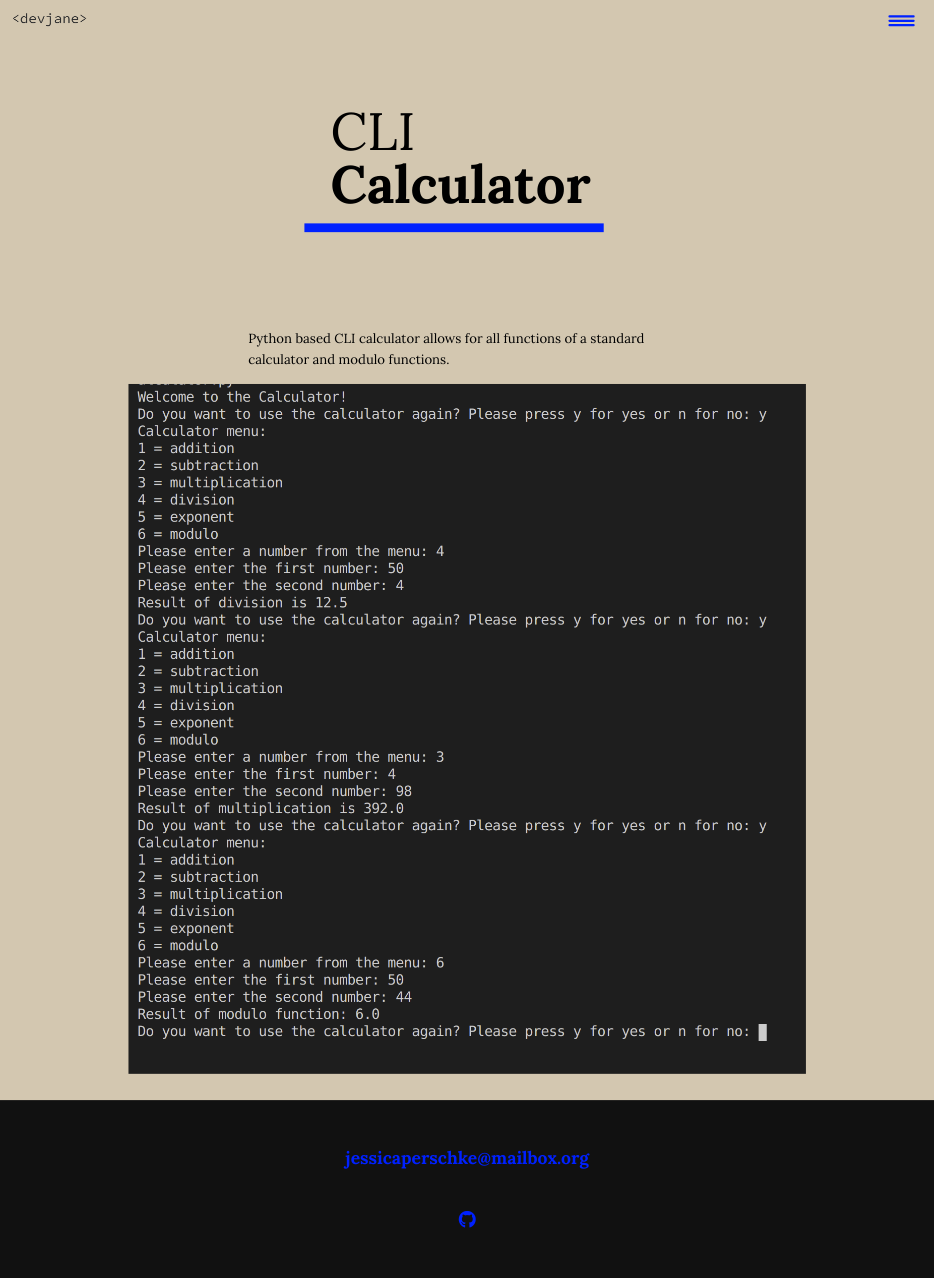
Repository: DinoDime/site
Page: portfolio-item3.html
The author's editor kept a copy of each file at every save. The page is drawn from the files as they stood at one save, then again after the next save.
The browser window is 1280 px wide. The pictures show the whole page, at 73% of full size.
Some web libraries are served in a nearby version.

Above is the page before, as saved 2021-05-03 10:58:02.

### portfolio-item3.html
<!DOCTYPE html>
<html lang="en">
  <head>
    <link
      rel="stylesheet"
      href="https://cdnjs.cloudflare.com/ajax/libs/normalize/8.0.1/normalize.css"
    />
    <meta charset="UTF-8" />
    <meta name="viewport" content="width=device-width, initial-scale=1.0" />
    <title>Jess' Portfolio</title>
    <link
      rel="stylesheet"
      href="https://cdnjs.cloudflare.com/ajax/libs/normalize/7.0.0/normalize.min.css"
    />
    <link
      rel="stylesheet"
      href="https://cdnjs.cloudflare.com/ajax/libs/font-awesome/5.11.2/css/all.css"
      integrity="sha256-46qynGAkLSFpVbEBog43gvNhfrOj+BmwXdxFgVK/Kvc="
      crossorigin="anonymous"
    />

    <!-- Update these with your own fonts -->
    <link
      href="https://fonts.googleapis.com/css?family=Lora:400,700|Roboto+Slab:400,700&display=swap"
      rel="stylesheet"
    />

    <link rel="stylesheet" href="css/style.css" />
  </head>
  <body>
    <header>
      <div class="logo">
        <img src="img/devjane.png" alt="" />
      </div>
      <!--Hamburger button-->
      <button class="nav-toggle" aria-label="toggle navigation">
        <span class="hamburger"></span>
      </button>
      <nav class="nav">
        <ul class="nav__list">
          <li class="nav__item">
            <a href="index.html" class="nav__link">Home</a>
          </li>
          <li class="nav__item">
            <a href="index.html#Skills" class="nav__link">Skills</a>
          </li>
          <li class="nav__item">
            <a href="index.html#about" class="nav__link">About me</a>
          </li>
          <li class="nav__item">
            <a href="index.html#work" class="nav__link">My Work</a>
          </li>
        </ul>
      </nav>
    </header>

    <section class="intro">
      <h1 class="section__title section__title--intro">
        CLI <strong>Calculator</strong>
      </h1>
      <p class="section__subtitle section__subtitle--intro"></p>
    </section>

    <div class="portfolio-item-individual">
      <p>
        Python based CLI calculator allows for all functions of a standard
        calculator and modulo functions.
      </p>
      <img src="img/calc.png" alt="" />
    </div>

    <!-- Footer -->
    <footer class="footer">
      <!-- replace with your own email address -->
      <a href="mailto:jessicaperschke@mailbox.org" class="footer__link"
        >jessicaperschke@mailbox.org</a
      >
      <ul class="social-list">
        <li class="social-list__item">
          <a class="social-list__link" href="https://github.com/jl-perschke">
            <i class="fab fa-github"></i>
          </a>
        </li>
      </ul>
    </footer>

    <script src="js/index.js"></script>
  </body>
</html>

### css/style.css
*,
*::before,
*::after {
  box-sizing: border-box;
}

/* Custom Properties, update these for your own design */

:root {
  --ff-primary: "Lora", serif;
  --ff-secondary: "Roboto Slab", serif;

  --fw-reg: 400;
  --fw-bold: 700;

  --clr-light: rgb(211, 199, 176);
  --clr-dark: black;
  --clr-accent: #0021ff;

  --fs-h1: 3rem;
  --fs-h2: 2.25rem;
  --fs-h3: 1.25rem;
  --fs-body: 1rem;

  --bs: 0.25em 0.25em 0.75em rgba(0, 0, 0, 0.25),
    0.125em 0.125em 0.25em rgba(0, 0, 0, 0.15);
}

@media (min-width: 800px) {
  :root {
    --fs-h1: 4.5rem;
    --fs-h2: 3.75rem;
    --fs-h3: 1.5rem;
    --fs-body: 1.125rem;
  }
}

/* General styles */

/* endable this to add smooth scrolling */
/* html {
    scroll-behavior: smooth;
} */

body {
  background: var(--clr-light);
  color: var(--clr-dark);
  margin: 0;
  font-family: var(--ff-primary);
  font-size: var(--fs-body);
  line-height: 1.6;
}

section {
  padding: 5em 2em;
}

img {
  display: block;
  max-width: 100%;
}

strong {
  font-weight: var(--fw-bold);
}

:focus {
  outline: 3px solid var(--clr-accent);
  outline-offset: 3px;
}

/* Buttons */

.btn {
  display: inline-block;
  padding: 0.5em 2.5em;
  background: var(--clr-accent);
  color: var(--clr-dark);
  text-decoration: none;
  cursor: pointer;
  font-size: 0.8rem;
  text-transform: uppercase;
  letter-spacing: 2px;
  font-weight: var(--fw-bold);
  transition: transform 200ms ease-in-out;
}

.btn:hover {
  transform: scale(1.1);
}

/* Typography */

h1,
h2,
h3 {
  line-height: 1;
  margin: 0;
}

h1 {
  font-size: var(--fs-h1);
}
h2 {
  font-size: var(--fs-h2);
}
h3 {
  font-size: var(--fs-h3);
}

.section__title {
  margin-bottom: 0.25em;
}

.section__title--intro {
  font-weight: var(--fw-reg);
}

.section__title--intro strong {
  display: block;
}

.section__subtitle {
  margin: 0;
  font-size: var(--fs-h3);
}

.section__subtitle--intro,
.section__subtitle--about {
  background: var(--clr-accent);
  padding: 0.25em 1em;
  font-family: var(--ff-secondary);
  margin-bottom: 1em;
}

.section__subtitle--work {
  color: var(--clr-accent);
  font-weight: var(--fw-bold);
  margin-bottom: 2em;
}

/* header */

header {
  display: flex;
  justify-content: space-between;
  padding: 1em;
}

.logo {
  max-width: 100px;
}

.nav {
  position: fixed;
  background: var(--clr-dark);
  color: var(--clr-light);
  top: 0;
  bottom: 0;
  left: 0;
  right: 0;
  z-index: 100;

  transform: translateX(100%);
  transition: transform 250ms cubic-bezier(0.5, 0, 0.5, 1);
}

.nav__list {
  list-style: none;
  display: flex;
  height: 100%;
  flex-direction: column;
  justify-content: space-evenly;
  align-items: center;
  margin: 0;
  padding: 0;
}

.nav__link {
  color: inherit;
  font-weight: var(--fw-bold);
  font-size: var(--fs-h2);
  text-decoration: none;
}

.nav__link:hover {
  color: var(--clr-accent);
}

.nav-toggle {
  padding: 0.5em;
  background: transparent;
  border: 0;
  cursor: pointer;
  position: absolute;
  right: 1em;
  top: 1em;
  z-index: 1000;
}

.nav-open .nav {
  transform: translateX(0);
}

.nav-open .nav-toggle {
  position: fixed;
}

.nav-open .hamburger {
  transform: rotate(0.625turn);
}

.nav-open .hamburger::before {
  transform: rotate(90deg) translateX(-6px);
}

.nav-open .hamburger::after {
  opacity: 0;
}

.hamburger {
  display: block;
  position: relative;
}

.hamburger,
.hamburger::before,
.hamburger::after {
  background: var(--clr-accent);
  width: 2em;
  height: 3px;
  border-radius: 1em;
  transition: transform 250ms ease-in-out;
}

.hamburger::before,
.hamburger::after {
  content: "";
  position: absolute;
  left: 0;
  right: 0;
}

.hamburger::before {
  top: 6px;
}
.hamburger::after {
  bottom: 6px;
}

/*  Intro section  */

.intro {
  position: relative;
}

.intro__img {
  box-shadow: var(--bs);
}

.section__subtitle--intro {
  display: inline-block;
}

@media (min-width: 600px) {
  .intro {
    display: grid;
    width: min-content;
    margin: 0 auto;
    grid-column-gap: 1em;
    grid-template-areas:
      "img title"
      "img subtitle";
    grid-template-columns: min-content max-content;
  }

  .intro__img {
    grid-area: img;
    min-width: 250px;
    position: relative;
    z-index: 2;
  }

  .section__subtitle--intro {
    align-self: start;
    grid-column: -1 / 1;
    grid-row: 2;
    text-align: right;
    position: relative;
    left: -1.5em;
    width: calc(100% + 1.5em);
  }
}

/*  My services section  */

.my-services {
  background-color: var(--clr-dark);
  background-image: url(../img/services-bg.jpg);
  background-size: cover;
  /* background-blend-mode: multiply; */
  color: var(--clr-light);
  text-align: center;
}

.section__title--services {
  color: var(--clr-accent);
  position: relative;
}

.section__title--services::after {
  content: "";
  display: block;
  width: 2em;
  height: 1px;
  margin: 0.5em auto 1em;
  background: var(--clr-light);
  opacity: 0.25;
}

.services {
  margin-bottom: 4em;
}

.service {
  max-width: 500px;
  margin: 0 auto;
}

@media (min-width: 800px) {
  .services {
    display: flex;
    max-width: 1000px;
    margin-left: auto;
    margin-right: auto;
  }

  .service + .service {
    margin-left: 2em;
  }
}

.about-me {
  max-width: 1000px;
  margin: 0 auto;
}

.about-me__img {
  box-shadow: var(--bs);
}

@media (min-width: 600px) {
  .about-me {
    display: grid;
    grid-template-columns: 1fr 200px;
    grid-template-areas:
      "title img"
      "subtitle img"
      "text img";
    grid-column-gap: 2em;
  }

  .section__title--about {
    grid-area: title;
  }

  .section__subtitle--about {
    grid-column: 1 / -1;
    grid-row: 2;
    position: relative;
    left: -1em;
    width: calc(100% + 2em);
    padding-left: 1em;
    padding-right: calc(200px + 4em);
  }

  .about-me__img {
    grid-area: img;
    position: relative;
    z-index: 2;
  }
}

/* My Work */

.my-work {
  background-color: var(--clr-dark);
  color: var(--clr-light);
  text-align: center;
}

.portfolio {
  display: grid;
  grid-template-columns: repeat(auto-fit, minmax(300px, 1fr));
}

.portfolio__item {
  background: var(--clr-accent);
  overflow: hidden;
}

.portfolio__img {
  transition: transform 750ms cubic-bezier(0.5, 0, 0.5, 1), opacity 250ms linear;
}

.portfolio__item:focus {
  position: relative;
  z-index: 2;
}

.portfolio__img:hover,
.portfolio__item:focus .portfolio__img {
  transform: scale(1.2);
  opacity: 0.5;
}

/* footer */

.footer {
  background: #111;
  color: var(--clr-accent);
  text-align: center;
  padding: 2.5em 0;
  font-size: var(--fs-h3);
}

.footer a {
  color: inherit;
  text-decoration: none;
}

.footer__link {
  font-weight: var(--fw-bold);
}

.footer__link:hover,
.social-list__link:hover {
  opacity: 0.7;
}

.footer__link:hover {
  text-decoration: underline;
}

.social-list {
  list-style: none;
  display: flex;
  justify-content: center;
  margin: 2em 0 0;
  padding: 0;
}

.social-list__item {
  margin: 0 0.5em;
}

.social-list__link {
  padding: 0.5em;
}

/* Individual portfolio item styles */

.portfolio-item-individual {
  padding: 0 2em 2em;
  max-width: 1000px;
  margin: 0 auto;
}

.portfolio-item-individual p {
  max-width: 600px;
  margin-left: auto;
  margin-right: auto;
}

Loaded but not shown: js/index.js (common file)

After the next save:
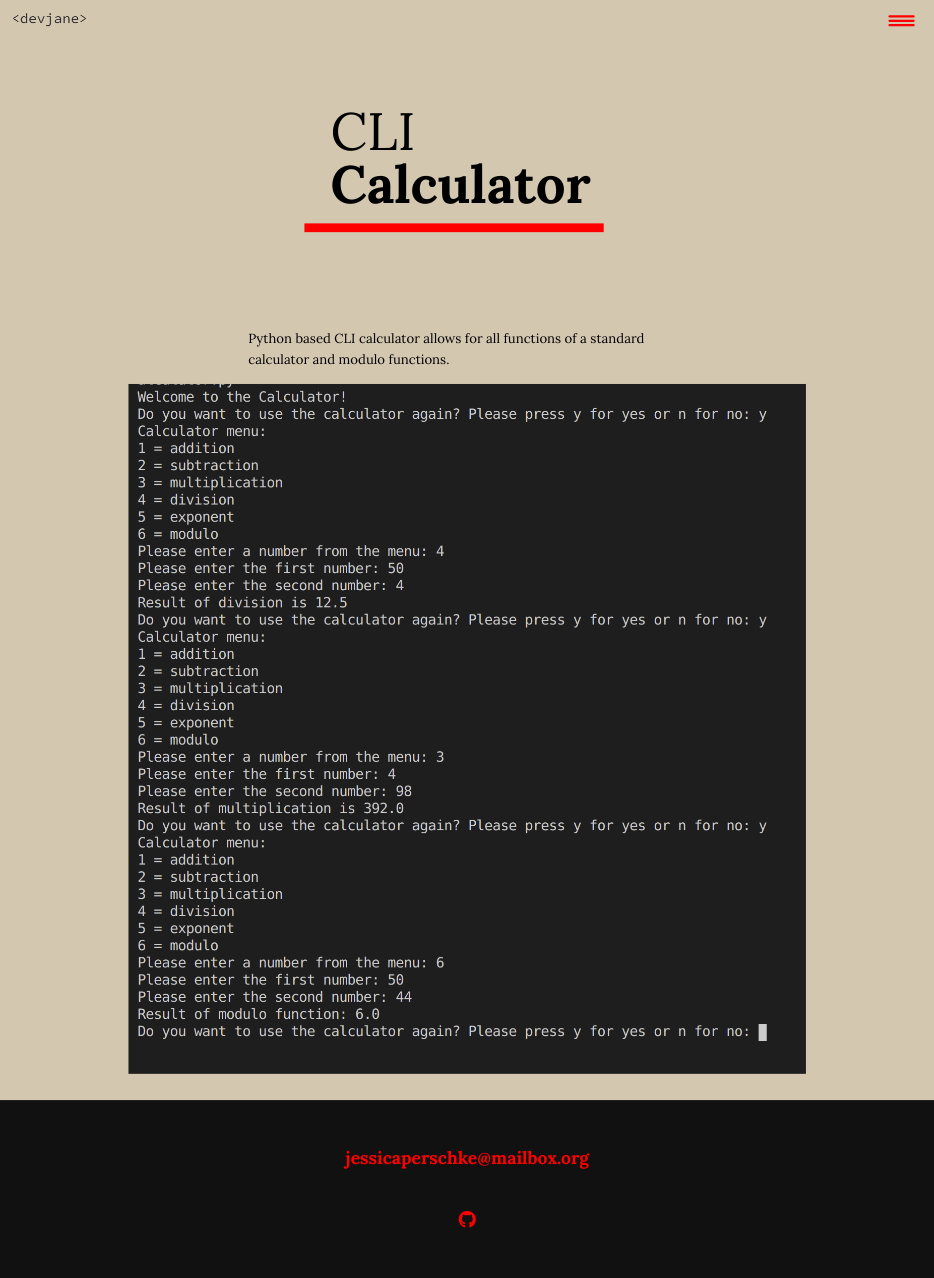
Saved 31 s later.
--- a/css/style.css
+++ b/css/style.css
@@ -15,7 +15,7 @@
 
   --clr-light: rgb(211, 199, 176);
   --clr-dark: black;
-  --clr-accent: #0021ff;
+  --clr-accent: red;
 
   --fs-h1: 3rem;
   --fs-h2: 2.25rem;
